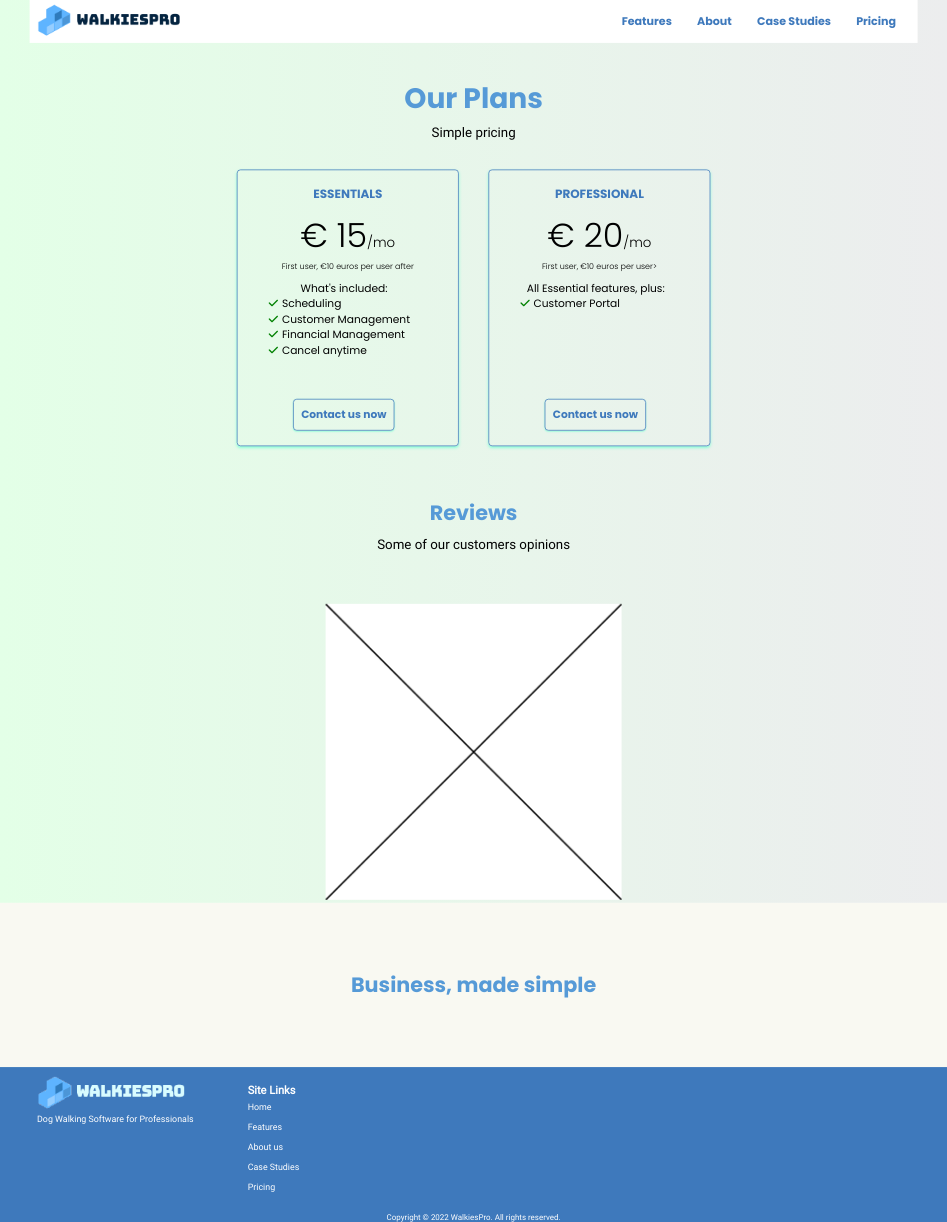
Repository: StevieC87/LAYOUT4
Page: pricing.html
An editor plug-in stored every save of this project. The page is shown before and after the next save, followed by the edit.
The browser window is 1280 px wide. The pictures show the whole page, at 74% of full size.

Above is the page before, as saved 2022-01-05 22:52:39.

After the next save:
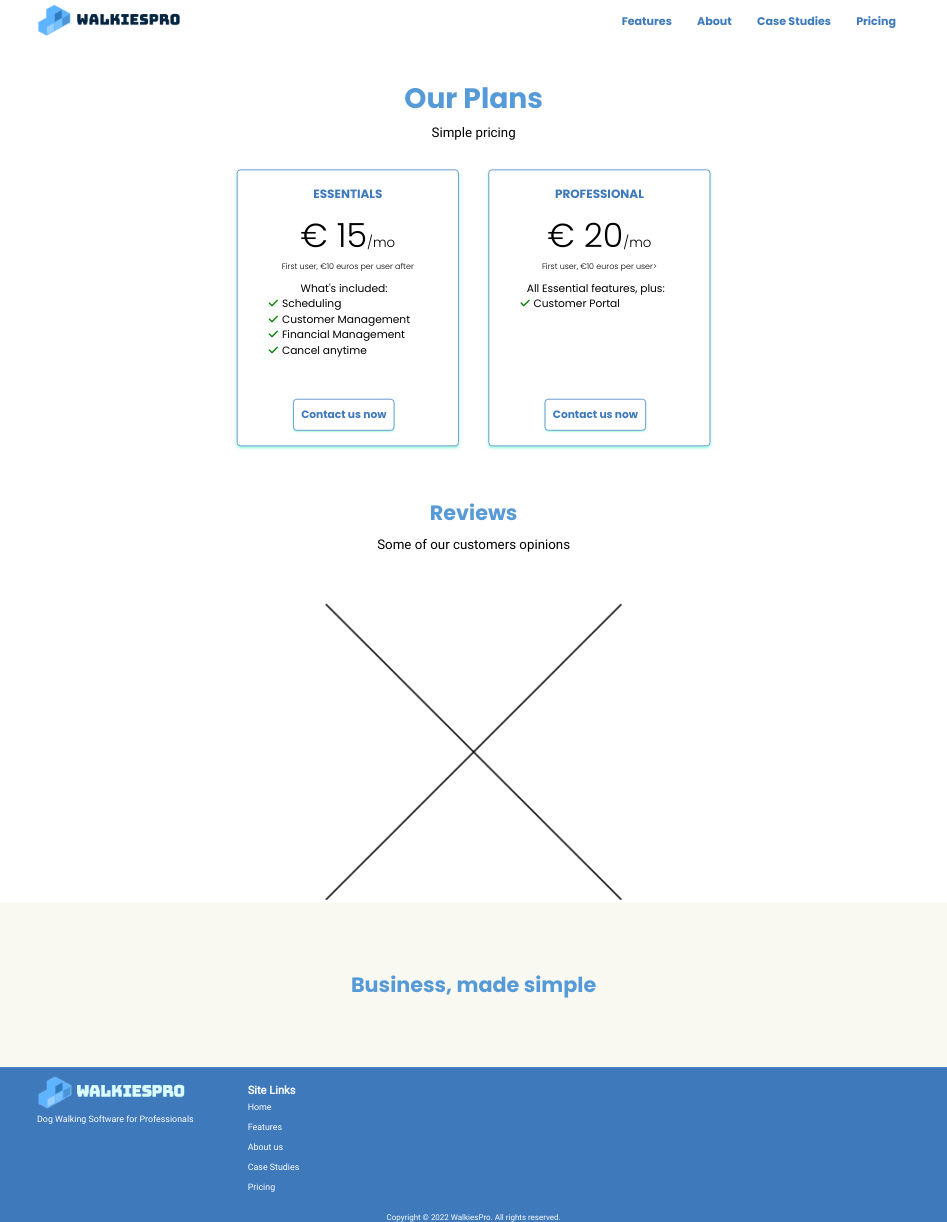
Saved 4 s later.
--- a/css/pricing.css
+++ b/css/pricing.css
@@ -3,7 +3,7 @@
   color: white;
 } */
 .containernew {
-  background: linear-gradient(90deg, #e3ffe7 0%, #ecedee 100%);
+  /*  background: linear-gradient(90deg, #e3ffe7 0%, #ecedee 100%); */
 }
 
 .pricingcard {
